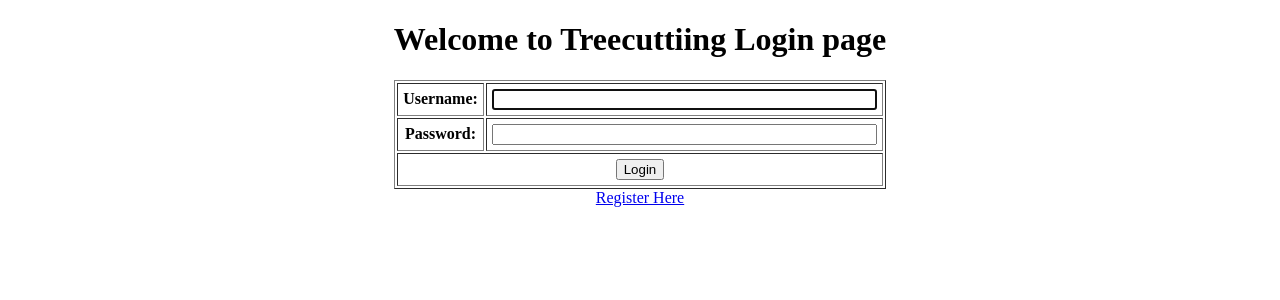
Repository: Sahithkonuganti/DatabaseProject
Page: http://localhost/database/
The author's editor kept a copy of each file at every save. The page is drawn from the files as they stood at one save, then again after the next save.
The browser window is 1280 px wide. The pictures show the whole page.
The page is served by Tomcat 9.

Above is the page before, as saved 2023-10-26 23:55:52.

After the next save:
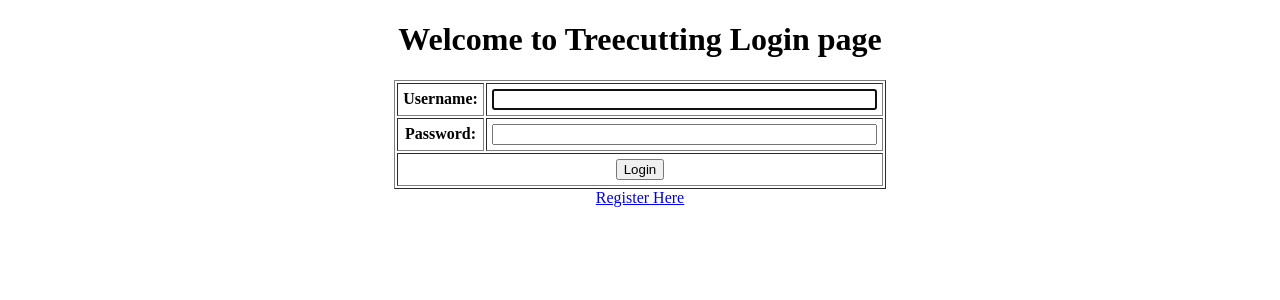
Saved 14 h 6 min later.
--- a/database/WebContent/login.jsp
+++ b/database/WebContent/login.jsp
@@ -7,7 +7,7 @@
 <title>Login to Database</title>
 </head>
 <body>
- <center>	<h1> Welcome to Treecuttiing Login page </h1> </center>
+ <center>	<h1> Welcome to Treecutting Login page </h1> </center>
 	<div align="center">
 		<p> ${loginFailedStr} </p>
 		<form action="login" method="post">
